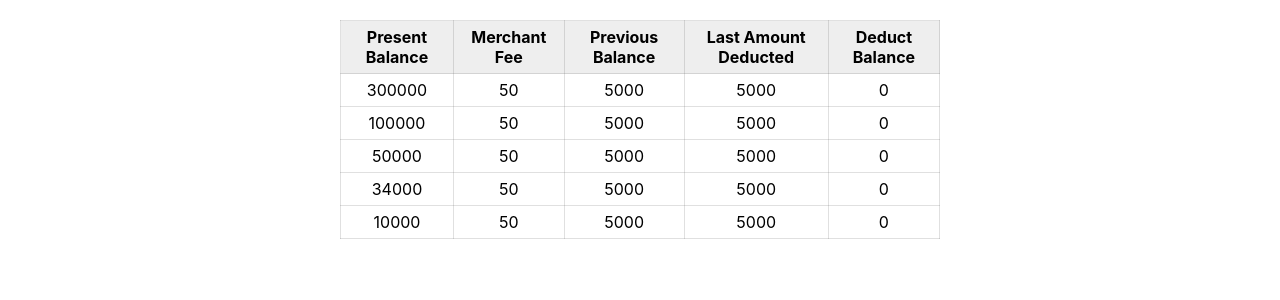
Repository: Anubhavgarg/pomelopay
Page: / (app in my-app/)
An editor plug-in stored every save of this project. The page is shown before and after the next save, followed by the edit.
The browser window is 1280 px wide. The pictures show the whole page.
The project was rebuilt for these pictures with package versions that can differ from the ones it lists, and the page was loaded fresh each time.

Above is the page before, as saved 2020-02-22 00:25:36.

### my-app/src/App.js
import React from 'react';
import './App.css';

function App() {
  const [itemList, setItemList] = React.useState({
    list: []
  });
  React.useEffect(() => {
    fetch('http://localhost:3000/App.json')
      .then(results => results.json())
      .then(data => {
        console.log("data:", data);
        data.response = data.response.sort((price1, price2) =>
        parseFloat(price2.presentBalance) - parseFloat(price1.presentBalance));
        setItemList({ ...itemList, list: data.response });
      });
  }, []);
  return (
    <div className="App">
      <table>
        <thead>
          <tr>
            <th>Present Balance</th>
            <th>Merchant Fee</th>
            <th>Previous Balance</th>
            <th>Last Amount Deducted</th>
            <th>Deduct Balance</th>
          </tr>
        </thead>
        <tbody>
          {
            itemList.list.map(item => {
              return (
                <tr key={item.id}>
                    <td>{item.presentBalance}</td>
                  <td>{item.merchantFee}</td>
                  <td>{item.previousBalance}</td>
                  <td>{item.lastAmountDeducted}</td>
                  <td>{item.deductBalance}</td>
                </tr>
              )
            })
          }

        </tbody>
      </table>
    </div>
  );
}

export default App;

### my-app/src/App.css
.App {
  text-align: center;
}

table{
  width: 100%;
  max-width: 600px;
  margin: 20px auto;
  border-collapse: collapse;
}

table, th, td {
  border: 1px solid rgba(102,102,102,0.2);
}
th,td{
  padding: 6px 10px;
}
th{
  background-color: #eee;
}

### my-app/public/App.json
{
    "response": [{
        "id":1,
        "presentBalance": 10000,
        "merchantFee": 50,
        "previousBalance": 5000,
        "lastAmountDeducted": 5000,
        "deductBalance": 0
    }, {
        "id":2,
        "presentBalance": 100000,
        "merchantFee": 50,
        "previousBalance": 5000,
        "lastAmountDeducted": 5000,
        "deductBalance": 0
    }, {
        "id":3,
        "presentBalance": 50000,
        "merchantFee": 50,
        "previousBalance": 5000,
        "lastAmountDeducted": 5000,
        "deductBalance": 0
    }, {
        "id":4,
        "presentBalance": 300000,
        "merchantFee": 50,
        "previousBalance": 5000,
        "lastAmountDeducted": 5000,
        "deductBalance": 0
    }, {
        "id":5,
        "presentBalance": 34000,
        "merchantFee": 50,
        "previousBalance": 5000,
        "lastAmountDeducted": 5000,
        "deductBalance": 0
    }]
}

Loaded but not shown: my-app/public/index.html (common file); my-app/src/index.js (common file); my-app/src/index.css (common file); my-app/src/serviceWorker.js (common file)

After the next save:
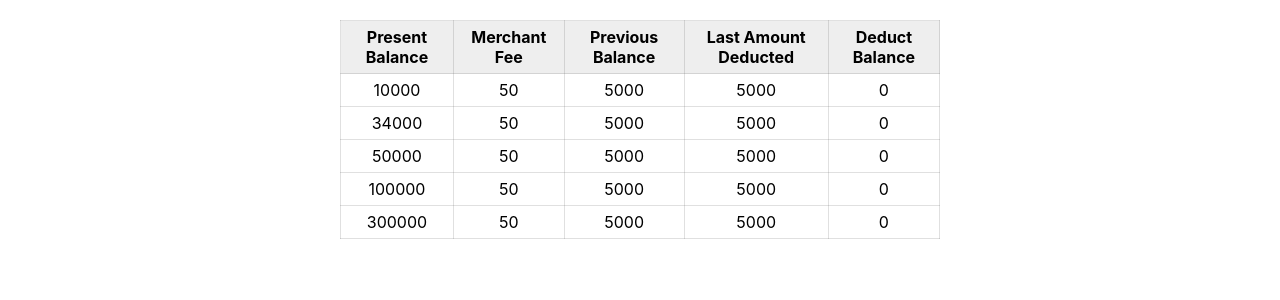
Saved 17 s later.
--- a/my-app/src/App.js
+++ b/my-app/src/App.js
@@ -11,7 +11,7 @@ function App() {
       .then(data => {
         console.log("data:", data);
         data.response = data.response.sort((price1, price2) =>
-        parseFloat(price2.presentBalance) - parseFloat(price1.presentBalance));
+        parseFloat(price1.presentBalance) - parseFloat(price2.presentBalance));
         setItemList({ ...itemList, list: data.response });
       });
   }, []);
